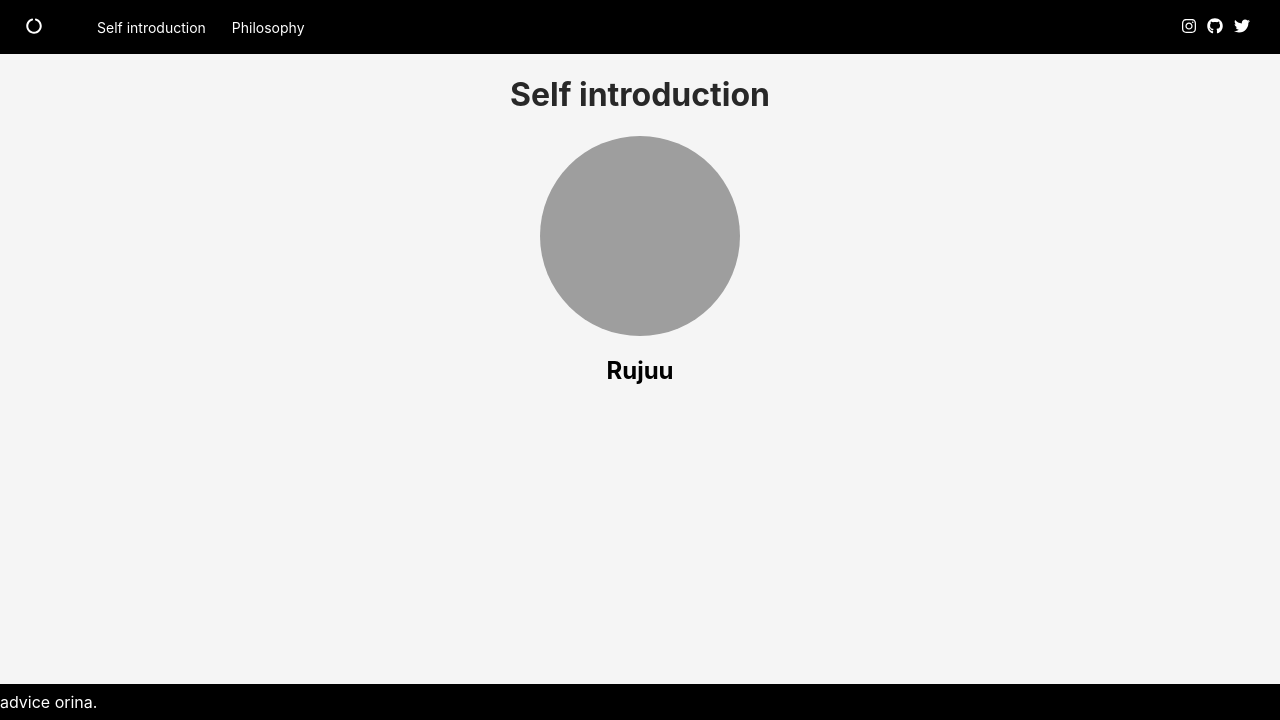
Repository: Rujuu-prog/react-mysite
Page: /selfintroduction
The author's editor kept a copy of each file at every save. The page is drawn from the files as they stood at one save, then again after the next save.
The browser window is 1280 px wide. The pictures show the whole page.
Pictures or frames that could not be fetched are drawn as grey boxes. The project was rebuilt for these pictures with package versions that can differ from the ones it lists, and the page was loaded fresh each time. Also part of the build but not shown: src/components/pages/Philosophy.tsx, src/components/pages/Top.tsx.

Above is the page before, as saved 2021-05-13 01:41:57.

### src/App.tsx
import { Router } from "./router/Router";
import './App.css';



export default function App() {
  return (
    <div className="App" >
      <Router />
    </div>
  );
}

### src/router/Router.tsx
import React from "react";
import { BrowserRouter, Route, Switch } from "react-router-dom";
import { Philosophy } from "../components/pages/Philosophy";
import { SelfIntroduction } from "../components/pages/SelfIntroduction";
import { Top } from "../components/pages/Top";
import { DefaultLayout } from "../components/templates/DefaultLayout";

export const Router:React.FC = () => {
    return(
        <BrowserRouter>
            <Switch>
                <Route exact path="/">
                <DefaultLayout>
                    <Top />
                </DefaultLayout>
                </Route>
                <Route exact path="/selfintroduction">
                <DefaultLayout>
                    <SelfIntroduction/>
                </DefaultLayout>
                </Route>
                <Route path="/philosophy">
                <DefaultLayout>
                    <Philosophy />
                </DefaultLayout>
                </Route>
            </Switch>
        </BrowserRouter>
    );
}

### src/components/pages/SelfIntroduction.tsx
import React from "react";
import styled from "styled-components";

import me from '../atoms/img/me.svg'

export const SelfIntroduction:React.FC = () => {
    return(
        <SMainContainer>
            <h1>Self introduction</h1>
            <img src={me} alt="me"/>
            <h2>Rujuu</h2>
        </SMainContainer>

    );
};

const SMainContainer = styled.div`
    display: flex;
    flex-direction: column;
    justify-content: flex-start;
    align-items: center;
    background-color: #f5f5f5;
    height: 90vh;
    h1 {
        color: #282828;
    }
    img {
        width: 200px;
        height: 200px;
        border-radius: 50%;
        background-position: left top;
    }
`;

### src/components/templates/DefaultLayout.tsx
import React from "react";
import styled from "styled-components";

import { FooterOnly } from "./FooterOnly";
import { HeaderOnly } from "./HeaderOnly";

type Props = {
    children?: React.ReactNode;
};

export const DefaultLayout: React.FC<Props> = ({children}) => {
    return (
    <SContainer>
        <HeaderOnly/>
        {children}
        <FooterOnly/>
    </SContainer>
    );
};

const SContainer = styled.div`
    min-height: 100vh;
    position: relative;
    box-sizing: border-box;
`;

### src/components/templates/FooterOnly.tsx
import React from "react";
import { Link } from "react-router-dom";
import styled from "styled-components";

import { Footer } from "../atoms/layout/Footer";


export const FooterOnly: React.FC = () => {
    return (
    <>
        <Footer />
    </>
    );
};


// const SLink = styled(Link)`
//     margin: 0 8px;
// `;

### src/components/templates/HeaderOnly.tsx
import React from "react";
import { Link } from "react-router-dom";
import styled from "styled-components";

import { Header } from "../atoms/layout/Header";
import { SecondaryButton } from "../atoms/button/SecondaryButton"
import { IconList } from "../molecules/IconList";
import { SiteIcon } from "../atoms/icon/SiteIcon";
import { NaviBar } from "../atoms/layout/NaviBar";

type Props = {
    children?: React.ReactNode;
};

export const HeaderOnly: React.FC<Props> = ({children}) => {
    return (
    <>
        <Header>
            <SiteIcon/>
            <NaviBar/>
        </Header>
        {children}
    </>
    );
};


// const SLink = styled(Link)`
//     margin: 0 8px;
// `;

### src/components/atoms/layout/Footer.tsx
import React from "react";
import styled from "styled-components";

export const Footer:React.FC = () => {
    return <SFooter><Sp>advice orina.</Sp></SFooter>;
};

const SFooter = styled.footer`
    background-color: black;
    color: #fff;
    text-align: center;
    padding: 8px 0;
    position: absolute;
    bottom: 0;
    width: 100%;
`;

const Sp = styled.p`
    display: flex;
    justify-content: end-flex;
    margin: 0;
`;

### src/components/atoms/layout/Header.tsx
import React from "react";
import styled from "styled-components";

import { PrimaryButton } from '../button/PrimaryButton'

type Props = {
    children?: React.ReactNode;
}

export const Header: React.FC<Props> = ({children}) => {
    return (<SHeader>{children}</SHeader>);
};

const SHeader = styled.header`
    display: flex;
    align-items: center;
    height: 10%;
    background-color: black;
    color: #fff;
    padding: 16px 24px;
`;

### src/components/atoms/icon/SiteIcon.tsx
import { faCircleNotch } from "@fortawesome/free-solid-svg-icons";
import { FontAwesomeIcon } from "@fortawesome/react-fontawesome";
import styled from "styled-components";
import { Link } from "react-router-dom";

const IconStyle = {
    padding:"2",
    fontsize:"50"
}

export const SiteIcon:React.FC = () => {
    return(<SLink to="/"><FontAwesomeIcon style={IconStyle} icon={faCircleNotch}></FontAwesomeIcon></SLink>);
}

const SLink = styled(Link)`
    text-decoration: none;
    color: #fff;
`;

### src/components/atoms/layout/NaviBar.tsx
import React from "react";
import { Link } from "react-router-dom";
import styled from "styled-components";

import { SecondaryButton } from "../button/SecondaryButton"
import { IconList } from "../../molecules/IconList";

type Props = {
    children?: React.ReactNode;
};

export const NaviBar: React.FC<Props> = ({children}) => {
    return (
    <>
        <SNavi>
            <li><SLink to="/selfintroduction"><SecondaryButton>Self introduction</SecondaryButton></SLink></li>
            <Slist><SLink to="/philosophy"><SecondaryButton>Philosophy</SecondaryButton></SLink></Slist>
            <li><IconList/></li>
        </SNavi>
        {children}
    </>
    );
};


const SNavi = styled.ul`
    display: flex;
    // justify-content: space-between;
    align-items: center;
    width: 100%;
    margin: 0;
    background-color: black;
    list-style: none;
    color: #fff;
    text-align: center;
`;

const Slist = styled.li`
    margin-right: auto;
`;

const SLink = styled(Link)`
    margin: 0 8px;
    text-decoration: none;
`;

### src/components/atoms/button/SecondaryButton.tsx
import styled from "styled-components";

export const SecondaryButton = (props:any) => {
    const { children } = props;
    return <SButton>{children}</SButton>;
};

const SButton = styled.a`
    color: #fff;
    width: 10%;
    font-size: 14px;
    padding: 5px;
`;

### src/components/molecules/IconList.tsx
import React from "react";
import styled from "styled-components";
import { Github } from "../atoms/icon/Github";
import { Instagram } from "../atoms/icon/Instagram";
import { Twitter } from "../atoms/icon/Twitter";

export const IconList:React.FC = () => {
    return(
        <SIconContainer>
            <Instagram/>
            <Github/>
            <Twitter/>
        </SIconContainer>
    );
};

const SIconContainer = styled.div`
    display: flex;
    align-items: center;
    justify-content: space-around;
    width: 80px;
`;

### src/components/atoms/icon/Github.tsx
import { faGithub } from "@fortawesome/free-brands-svg-icons";
import { FontAwesomeIcon } from "@fortawesome/react-fontawesome"
import styled from "styled-components";


const IconStyle = {
    padding:"2",
    fontsize:"50",
}

export const Github:React.FC = () => {
    return(<SButton href='https://github.com/Rujuu-prog'><FontAwesomeIcon style={IconStyle} icon={faGithub}></FontAwesomeIcon></SButton>);
}

const SButton = styled.a`
    text-decoration: none;
    color: #fff;
`;

### src/components/atoms/icon/Instagram.tsx
import { faInstagram } from "@fortawesome/free-brands-svg-icons";
import { FontAwesomeIcon } from "@fortawesome/react-fontawesome";
import styled from "styled-components";

const IconStyle = {
    padding:"2",
    fontsize:"50"
}

export const Instagram:React.FC = () => {
    return(<SButton href='https://www.instagram.com/rujuuuuuu/'><FontAwesomeIcon style={IconStyle} icon={faInstagram}></FontAwesomeIcon></SButton>);
}

const SButton = styled.a`
    text-decoration: none;
    color: #fff;
`;

### src/components/atoms/icon/Twitter.tsx
import { faInstagram, faTwitter } from "@fortawesome/free-brands-svg-icons";
import { FontAwesomeIcon } from "@fortawesome/react-fontawesome"
import styled from "styled-components";

const IconStyle = {
    padding:"2",
    fontsize:"50"
}

export const Twitter:React.FC = () => {
    return(<SButton href='https://twitter.com/Rujuu2118'><FontAwesomeIcon style={IconStyle} icon={faTwitter}></FontAwesomeIcon></SButton>);
}

const SButton = styled.a`
    text-decoration: none;
    color: #fff;
`;

Loaded but not shown: public/index.html (common file); src/index.tsx (common file); src/index.css (common file); src/reportWebVitals.ts (common file); src/App.css (common file)

After the next save:
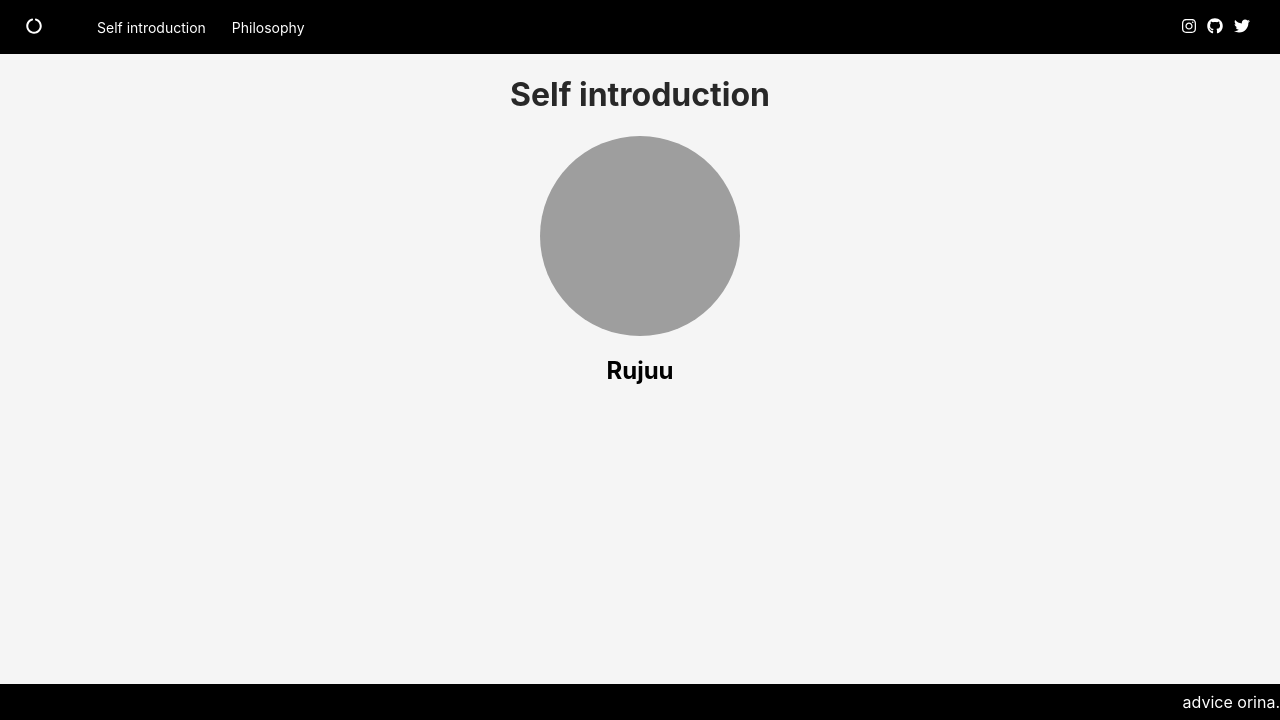
Saved 10 s later.
--- a/src/components/atoms/layout/Footer.tsx
+++ b/src/components/atoms/layout/Footer.tsx
@@ -17,6 +17,6 @@ const SFooter = styled.footer`
 
 const Sp = styled.p`
     display: flex;
-    justify-content: end-flex;
+    justify-content: flex-end;
     margin: 0;
 `;
